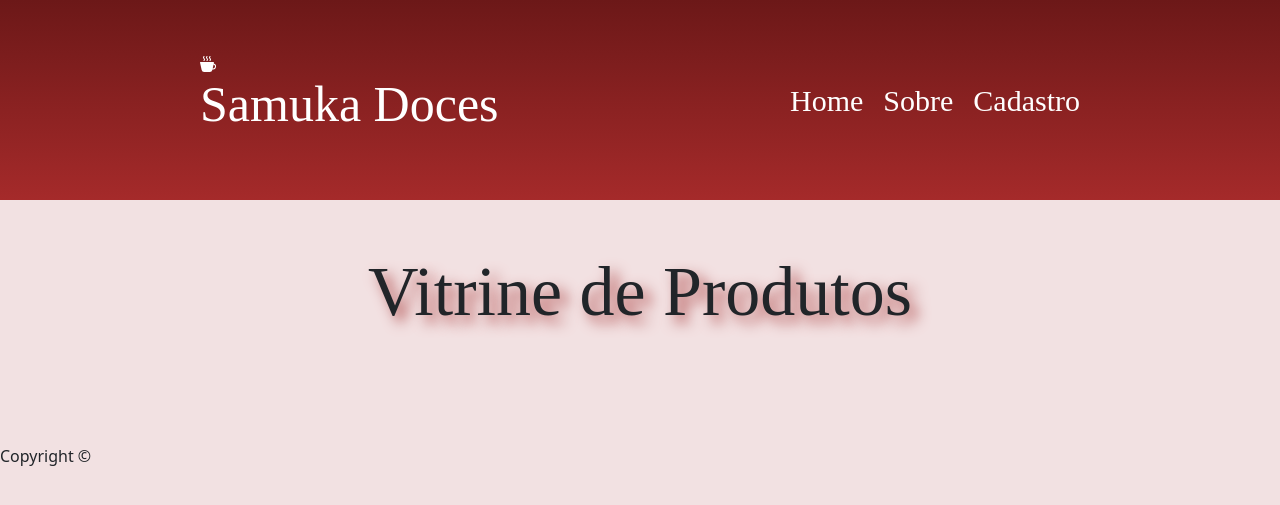
Repository: devsamuel23/github.io-doces_GIT
Page: /
The author's editor kept a copy of each file at every save. The page is drawn from the files as they stood at one save, then again after a run of saves.
The browser window is 1280 px wide. The pictures show the whole page.
The page's requests for data from a server got no answer. The project was rebuilt for these pictures with package versions that can differ from the ones it lists, and the page was loaded fresh each time. No one was signed in, and anything a server would have sent is missing. Also part of the build but not shown: src/index.css, src/pages/Home/styles.css, src/pages/Home/index.js, src/pages/Sobre/index.js, src/pages/Cadastro/style.css, src/pages/Cadastro/index.js, src/pages/Erro/style.css, src/pages/Erro/index.js and 4 more.

Above is the page before, as saved 2023-04-14 20:54:06.

After the next 2 saves:
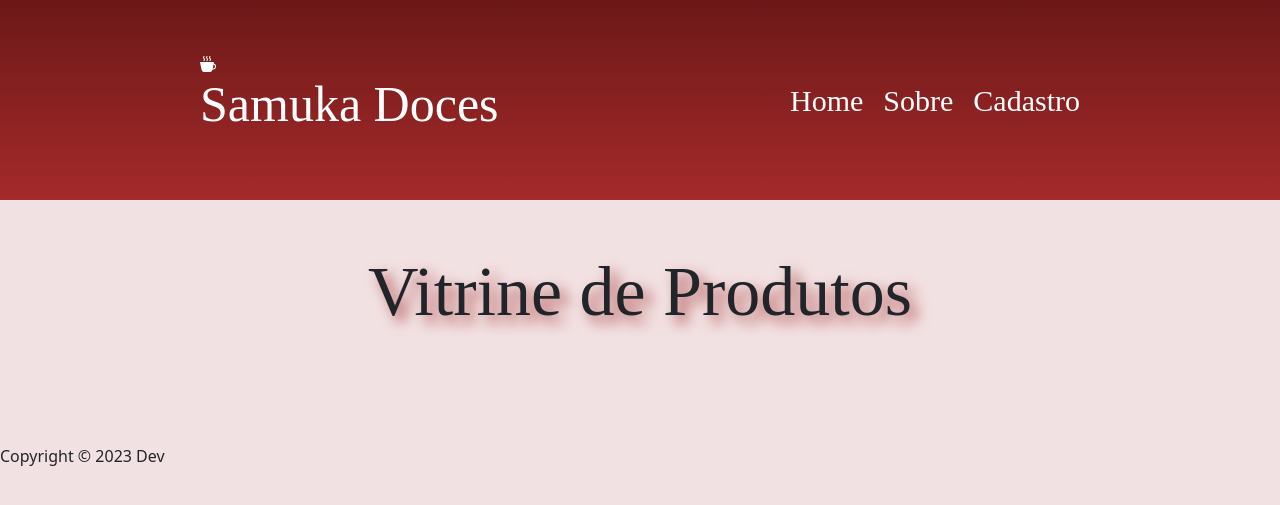
The 2 saves are shown as one change because they came seconds apart.
The last was saved 10 s later.
--- a/src/components/Footer/index.js
+++ b/src/components/Footer/index.js
@@ -4,7 +4,7 @@ import "bootstrap/dist/css/bootstrap.min.css";
 function Footer() {
   return (
     <div>
-        Copyright ©
+        Copyright © 2023 Dev
     </div>
   )
 }
